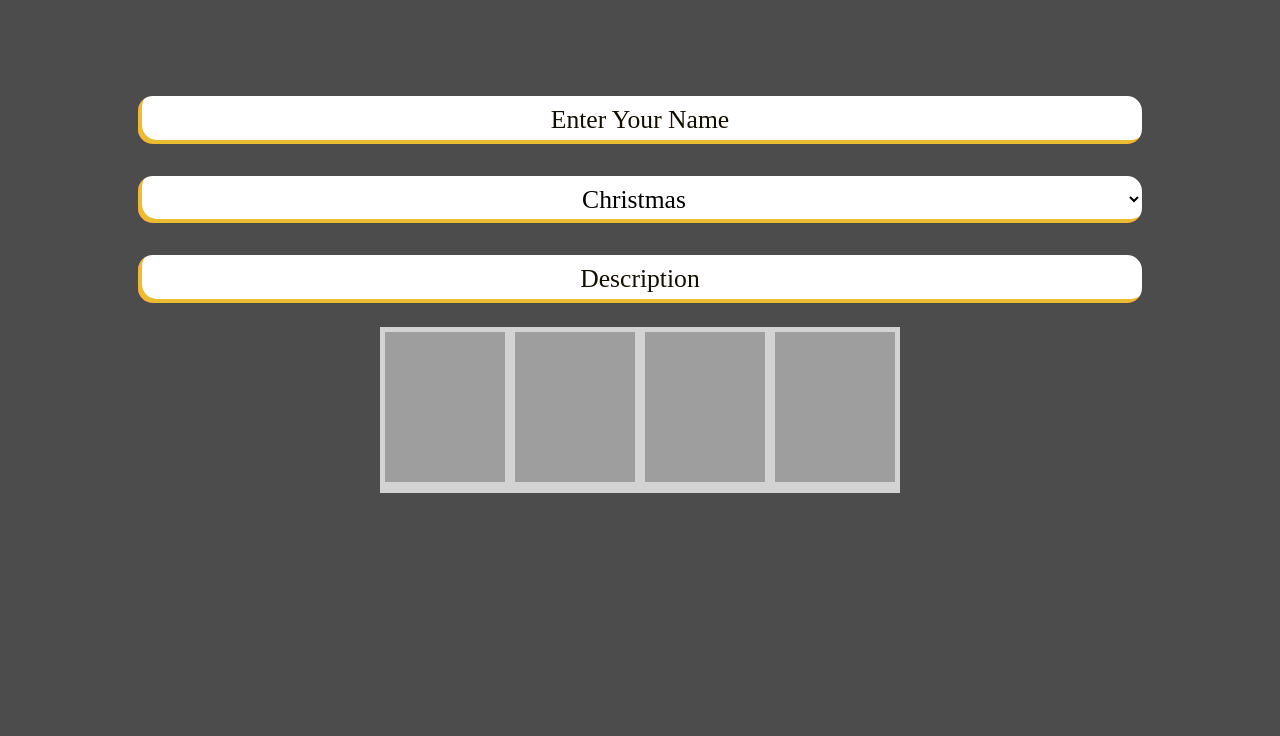
Repository: Haneef-Shaik/Greetings
Page: /
These files come from the project's save history. The page is drawn as it stood at one moment and after the next save; the edit follows.
The browser window is 1280 px wide. The pictures show the whole page.
Pictures or frames that could not be fetched are drawn as grey boxes. The project was rebuilt for these pictures with package versions that can differ from the ones it lists, and the page was loaded fresh each time. The framework's server and built-in components were replaced by stand-ins that run in the browser. Also part of the build but not shown: next.config.js, styles/card.module.scss, components/card.js, styles/socialShare.module.scss, components/socialShare.js.

Above is the page before, as saved 2021-12-01 21:02:46.

### pages/_app.js
import '../styles/globals.css'
import 'bootstrap/dist/css/bootstrap.css'


function MyApp({ Component, pageProps }) {
  return <Component {...pageProps} />
}

export default MyApp

### pages/index.js
import Card from "../components/card.js";
import {useRouter} from 'next/router';
import Ss from "../components/socialShare"
import InpFrm from "../components/form"

export default function Home() {
  const {query} = useRouter();
  const myurls='https://gratefulprayerthankfulheart.com/wp-content/uploads/2014/12/aquawhitechristmastreegreeting.jpg';

  if(query.length > 0)
  {

    if(query.greeting)
    {
      return (
        <>
          <Card event={query.event} image={query.bgImg} name={query.name} greeting={query.greeting}  />
        </>
          )
    }
    else
    {
      return (
        <>
          <Card event={query.event} image={query.bgImg} name={query.name}  />
        </>
          )
    }

  }
  else
  {
    return (
        <>
          <InpFrm />
        </>
        )
  }
    // return (
    //   <>
        {/* <Card event='Event' image={myurls} name='Name' color='red' greeting="Lorem Ipsum is simply dummy text of the printing and typesetting industry. Lorem Ipsum has been thing software like Aldus PageMaker including versions of Lorem Ipsum."  /> */}
        {/* <Ss mylink="localhost:3000/name=haneef&event=christmas" /> */}
    {/*     <Ss mylink="localhost:3000/name=haneef&event=christmasW&sddsajnodsoduaibdadbksa" /> */}
    //   </>
    //     )

}

### components/form.js
/* eslint-disable no-undef */
import React, {useState,useRef} from 'react'

import 'bootstrap/dist/css/bootstrap.min.css';
import styles from '../styles/form.module.scss';
import IMAGE from 'next/image'


function Edit() {

    const [IMG1,setImg]=useState('');


    return (
        <div className="container-fluid p-2 "  style={{backgroundColor:'#4C4C4C'} }>
            <div className="container">
                <div className="row">
                    <div className="col-12">
                        <div className={styles.formContainer} >
                            <form className="formStyle">
                                <input type="text" placeholder="Enter Your Name" className="col-12" required />

                                <select name="festival" className="col-12 p-2">
                                    <option value="christmas">Christmas</option>
                                    <option value="newYear">New Year</option>
                                </select>

                                <input type="text" placeholder="Description" className="col-12" optional />

                                <div className="d-flex justify-content-around align-items-center flex-wrap mt-4" style={{backgroundColor:'lightgrey',}}>
                                    {/* <label htmlFor="img1">
                                        <IMAGE src='/images/christmas/christmas.png' width={200} height={100} />
                                    </label>
                                    <label htmlFor="img2">
                                        <IMAGE src='/images/christmas/christmas.png' width={200} height={100} />
                                    </label>
                                    <label htmlFor="img3">
                                        <IMAGE src='/images/christmas/christmas.png' width={200} height={100} />
                                    </label>
                                    <label htmlFor="img4">
                                        <IMAGE src='/images/christmas/christmas.png' width={200} height={100} />
                                    </label>
                                    <input type="radio" name="BgImage" className="bgImg" id="img1" hidden="true" />
                                    <input type="radio" name="BgImage" className="bgImg" id="img2" hidden="true" />
                                    <input type="radio" name="BgImage" className="bgImg" id="img3" hidden="true" />
                                    <input type="radio" name="BgImage" className="bgImg" id="img4" hidden="true" /> */}

                                <button onClick={()=>setImg('christmas.png')} className="btn p-1">
                                    <IMAGE src='/images/christmas/christmas.png' width="120" height="150" />
                                </button>

                                <button onClick={()=>setImg('christmas1.png')} className="btn p-1">
                                    <IMAGE src='/images/christmas/christmas1.png' width="120" height="150" />
                                </button>

                                <button onClick={()=>setImg('christmas2.png')} className="btn p-1">
                                    <IMAGE src='/images/christmas/christmas2.png' width="120" height="150" />
                                </button>

                                <button onClick={()=>setImg('christmas2.png')} className="btn p-1">
                                    <IMAGE src='/images/christmas/christmas2.png' width="120" height="150" />
                                </button>

                                </div>
                            </form>
                        </div>
                    </div>
                </div>
            </div>
        </div>
    )
}


class InvitationCard extends React.Component{
    render(){
        return (

                <div className="body p-2" style={{backgroundColor: this.props.c,backgroundImage:`url(${this.props.im})`,backgroundSize:350,backgroundRepeat:'no-repeat'}} >
                    <h1 id="heading" style={{color: this.props.heading}}>{this.props.name}</h1>
                    <p style={{marginTop: "50px",color: this.props.content}}>{this.props.message}</p>
                    <p style={{color: this.props.content}} id="toWhom">{this.props.to}</p>
                </div>
        )
    }

}



export default Edit;

### styles/form.module.scss
.formContainer{
    padding:5%;
    height:100vh;
    background-color:#4C4C4C;
    // background: linear-gradient(#920000,#800000,#6D0000,#490000);
    input , select {
        margin-top:2rem;

        text-align:center;
        font-family: 'Times New Roman', Times, serif;
        font-size:1.6rem;
        border:none;

        background-color:#fff;
        border-radius:15px;
        box-shadow: inset 4px -4px 0px #EABC32 , inset 2px -2px 0px #f00 ;
        line-height:3rem;
        &::placeholder{
            color:#120E02;
        }
    }
    form{
        display: flex;
        align-items:center;
        justify-content: space-evenly;
        flex-direction: column;
        flex-wrap: wrap;
    }
    .bgImg:active{
        border: 5px solid white;
    }
}

Loaded but not shown: pages/api/hello.js (common file); styles/globals.css (common file)

After the next save:
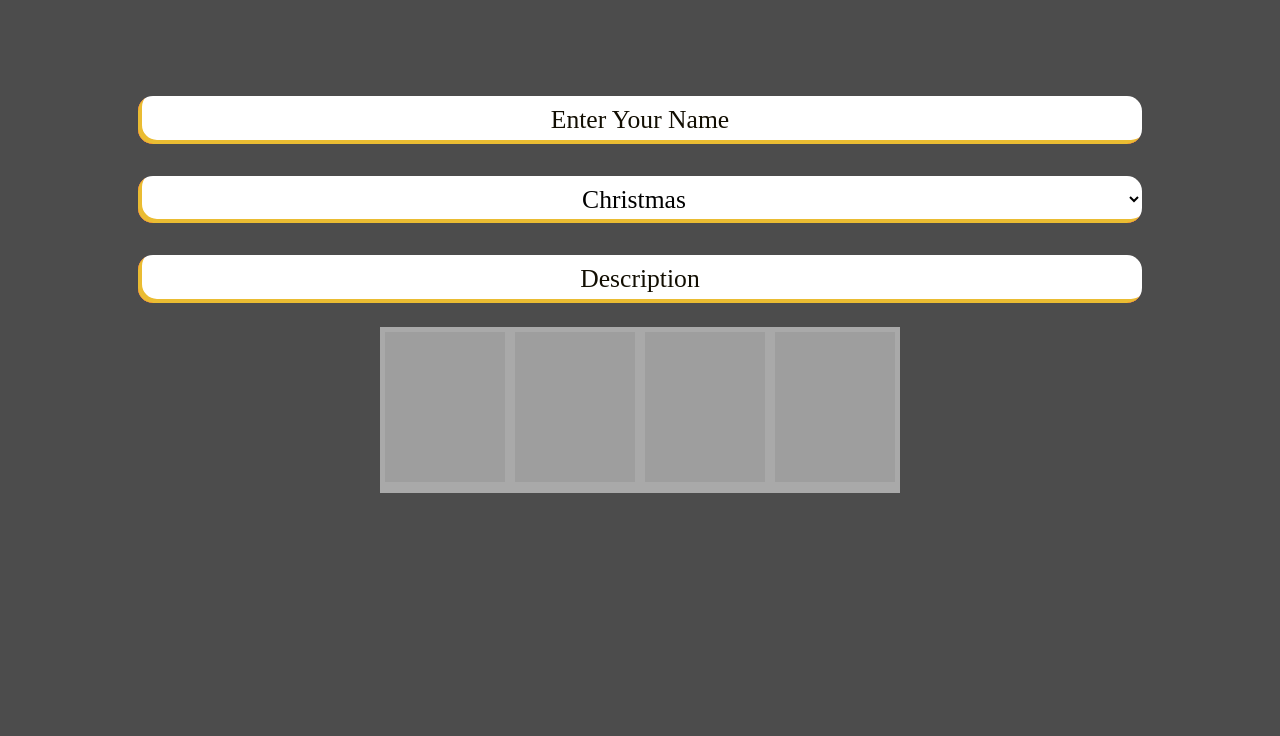
Saved 4 s later.
--- a/components/form.js
+++ b/components/form.js
@@ -27,7 +27,7 @@ function Edit() {
 
                                 <input type="text" placeholder="Description" className="col-12" optional />
 
-                                <div className="d-flex justify-content-around align-items-center flex-wrap mt-4" style={{backgroundColor:'lightgrey',}}>
+                                <div className="d-flex justify-content-around align-items-center flex-wrap mt-4" style={{backgroundColor:'darkgrey',}}>
                                     {/* <label htmlFor="img1">
                                         <IMAGE src='/images/christmas/christmas.png' width={200} height={100} />
                                     </label>
